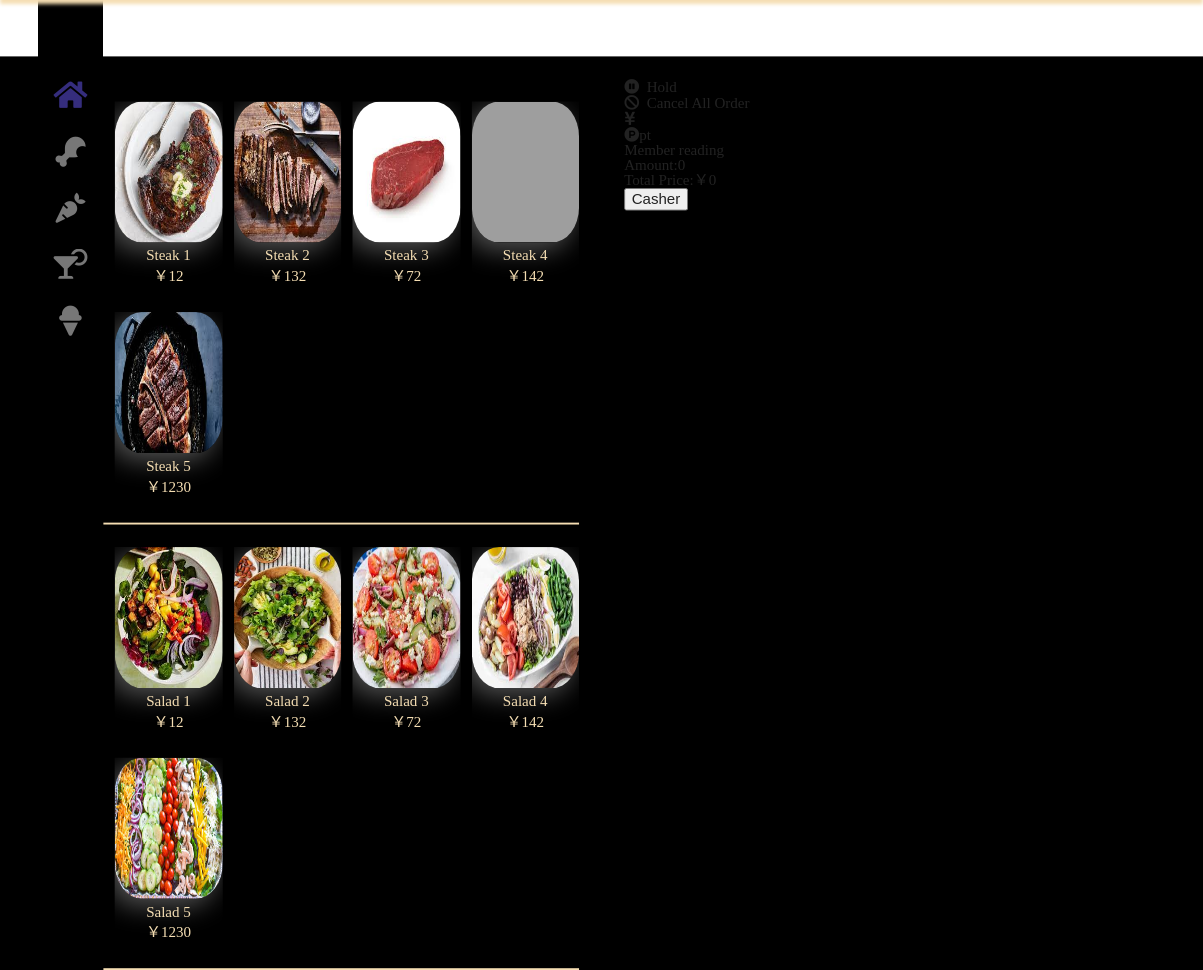
Repository: vuhungson158/Menu
Page: /
These files come from the project's save history. The page is drawn as it stood at one moment and after the next save; the edit follows.
The browser window is 1280 px wide. The pictures show the whole page, at 94% of full size.
Pictures or frames that could not be fetched are drawn as grey boxes. The project was rebuilt for these pictures with package versions that can differ from the ones it lists, and the page was loaded fresh each time. Also part of the build but not shown: src/component/mainMenu/orderBlock/orderContent/OrderedItem.jsx, src/redux-store/actions/HoldActions.jsx, src/component/mainMenu/orderBlock/utilities/HoldItem.jsx.

Above is the page before, as saved 2021-08-22 09:52:13.

### public/index.html
<!DOCTYPE html>
<html lang="en">
  <head>
    <meta charset="utf-8" />
    <link rel="icon" href="%PUBLIC_URL%/favicon.ico" />
    <meta name="viewport" content="width=device-width, initial-scale=1" />
    <meta name="theme-color" content="#000000" />
    <meta
      name="description"
      content="Web site created using create-react-app"
    />
    <link rel="apple-touch-icon" href="%PUBLIC_URL%/logo192.png" />
    <!--
      manifest.json provides metadata used when your web app is installed on a
      user's mobile device or desktop. See https://developers.google.com/web/fundamentals/web-app-manifest/
    -->
    <link rel="manifest" href="%PUBLIC_URL%/manifest.json" />
    <link rel="stylesheet" href="fontawesome-5.15.3-web/css/all.min.css">

    <!--
      Notice the use of %PUBLIC_URL% in the tags above.
      It will be replaced with the URL of the `public` folder during the build.
      Only files inside the `public` folder can be referenced from the HTML.

      Unlike "/favicon.ico" or "favicon.ico", "%PUBLIC_URL%/favicon.ico" will
      work correctly both with client-side routing and a non-root public URL.
      Learn how to configure a non-root public URL by running `npm run build`.
    -->
    <title>Restaurant Menu</title>
  </head>
  <body>
    <noscript>You need to enable JavaScript to run this app.</noscript>
    <div id="root"></div>
    <!--
      This HTML file is a template.
      If you open it directly in the browser, you will see an empty page.

      You can add webfonts, meta tags, or analytics to this file.
      The build step will place the bundled scripts into the <body> tag.

      To begin the development, run `npm start` or `yarn start`.
      To create a production bundle, use `npm run build` or `yarn build`.
    -->
  </body>
</html>

### src/redux-store/index.jsx
import { createStore, applyMiddleware } from "redux";
import { composeWithDevTools } from "redux-devtools-extension";
import thunk from "redux-thunk";
import rootReducer from "./reducers";

const initialState = {};

const middleware = [thunk];

const store = createStore(
    rootReducer,
    initialState,
    composeWithDevTools(applyMiddleware(...middleware))
);

export default store;

### src/component/mainMenu/index.jsx
import React from 'react';
import CenterMenu from './centerMenu';
import OrderBlock from './orderBlock';

const MainMenu = () => {
    return (
        <div id="main-menu">
            <div className="container">
                <div className="grid">
                    <CenterMenu />
                    <OrderBlock />
                </div>
            </div>
        </div >
    )
}

export default MainMenu

### src/component/navbar/index.jsx
import React, { useState } from 'react';
import Clock from './Clock';

const Navbar = () => {

    const nav_height = "-60px"
    const [active, setActive] = useState(false);

    var prevScrollpos = window.pageYOffset;
    window.onscroll = function () {
        var currentScrollPos = window.pageYOffset;
        if (prevScrollpos > currentScrollPos) {
            document.getElementById("navbar").style.top = "0";
        } else {
            document.getElementById("navbar").style.top = nav_height;
        }
        prevScrollpos = currentScrollPos;
    }

    return (
        <nav id="navbar">
            <div className="container">
                <h1>Menu</h1>
                <Clock />
                <div className={`setting-icon ${active ? `active` : ""}`}
                    onClick={() => setActive(!active)} >
                    <span></span>
                    <span></span>
                    <span></span>
                    {
                        active ?
                            <ul className="setting-menu">
                                <li>Language</li>
                                <li>Dark Mode</li>
                                <li>Size</li>
                                <li>...something</li>
                            </ul>
                            : ""
                    }
                </div>

            </div>
        </nav>
    )
}

export default Navbar

### src/styles/App.scss
@import "./_variables";
@import "./mixin";

* {
    box-sizing: border-box;
    font-family: "Fira sans", sans-serif;
}
body {
    font-size: 10px;
}

@media (max-width: $breakpoint_mobile) {
    :root {
        --container_width: 100%;
    }
}
@media (min-width: $breakpoint_mobile) {
    :root {
        --container_width: 720px;
    }
}
@media (min-width: $breakpoint_ipad) {
    :root {
        --container_width: 960px;
    }
}
@media (min-width: $breakpoint_sm_pc) {
    :root {
        --container_width: 1200px;
    }
}
@media (min-width: $breakpoint_pc) {
    :root {
        --container_width: 1800px;
    }
}

.container {
    margin: 0 auto;
    max-width: var(--container_width);
}

#navbar {
    position: fixed;
    height: $navbar_height;
    top: 0;
    left: 0;
    right: 0;
    z-index: $navbar_z-index;
    background-color: $background-color_1st;
    color: $color_1st;
    box-shadow: 0 4px 4px 0 $color_1st;
    transition: 0.5s;

    .container {
        position: relative;
        display: flex;
        align-items: center;
        justify-content: space-between;

        h1 {
            color: $color_1st;
            font-size: 3.6rem;
            font-weight: 900;
            letter-spacing: 2px;
            text-transform: uppercase;
        }

        #clock {
            font-size: 2.4rem;
            font-weight: 600;
        }

        .setting-icon {
            display: block;
            position: relative;
            z-index: 1;
            user-select: none;
            appearance: none;
            border: none;
            outline: none;
            background: none;
            cursor: pointer;

            span {
                display: block;
                position: relative;
                width: 36px;
                height: 4px;
                margin-bottom: 6px;
                background-color: $background-color_2nd;
                border-radius: 10%;
                z-index: 1;
                transform-origin: 0 0;
                transition: 0.5s;
            }

            &:hover span:nth-child(2) {
                background-color: $color_3rd;
            }

            &.active {
                span:nth-child(1) {
                    transform: translate(0px, -2px) rotate(45deg);
                }
                span:nth-child(2) {
                    opacity: 0;
                    transform: translateX(36px);
                }
                span:nth-child(3) {
                    transform: translate(-3px, 3px) rotate(-45deg);
                }
            }
            .setting-menu {
                position: absolute;
                right: 0;
                border: 2px solid $color_2nd;
                border-radius: 5%;
                overflow: hidden;
                padding: 12px;
                background-color: $background-color_1st;
                cursor: auto;
                animation: dropDown 0.2s;

                li {
                    min-width: 120px;
                    cursor: pointer;
                    text-align: center;
                    padding: 12px 8px;
                    font-size: 1.6rem;
                    transition: 0.2s;
                    &:hover {
                        transform: scale(1.2);
                        color: $color_3rd;
                    }
                }
            }
        }
    }
}

#main-menu {
    background-color: $background-color_1st;
    margin-top: $navbar_height;
    min-height: 100vh;
    .container {
        padding-top: 24px;
        .grid {
            --margin_left: 48px;
            display: flex;
            margin-left: calc(-1 * var(--margin_left));
            #center-menu,
            #order-block {
                margin-left: var(--margin_left);
                width: calc(50% - var(--margin_left));
            }
            #center-menu {
                --side-nav_width: 70px;
                #side-nav {
                    position: fixed;
                    top: 0;
                    bottom: 0;
                    width: var(--side-nav_width);
                    background: $background-color_1st;
                    overflow: hidden;
                    transition: width 0.2s;
                    z-index: 1;
                    &:hover {
                        width: 300px;
                    }
                    ul {
                        position: absolute;
                        top: 0;
                        left: 0;
                        width: 100%;
                        padding-left: 5px;
                        top: 10%;
                        li {
                            opacity: 0.5;
                            a {
                                position: relative;
                                display: block;
                                width: 100%;
                                display: flex;
                                text-decoration: none;
                                color: $color_2nd;
                                font-size: 2rem;
                                .icon {
                                    position: relative;
                                    display: block;
                                    min-width: 60px;
                                    height: 60px;
                                    line-height: 60px;
                                    text-align: center;
                                    i {
                                        position: relative;
                                        font-size: 2rem;
                                        z-index: 1;
                                    }
                                }
                                .title {
                                    position: relative;
                                    display: block;
                                    padding-left: 10px;
                                    height: 60px;
                                    line-height: 60px;
                                    white-space: nowrap;
                                }
                            }
                            &.active,
                            &:hover {
                                .icon,
                                .title {
                                    transition: 0.2s;
                                    color: $color_3rd;
                                }
                            }
                        }
                    }
                }
                #menu {
                    margin-left: calc(var(--side-nav_width) + 12px);
                    .page {
                        --spacing: 12px;
                        --columns: 4;
                        display: flex;
                        flex-wrap: wrap;
                        margin-left: calc(-1 * var(--spacing));
                        margin-top: calc(2 * var(--spacing));
                        border-bottom: 2px solid $background-color_2nd;
                        .food-item {
                            overflow: hidden;
                            margin-left: var(--spacing);
                            width: calc(100% / var(--columns) - var(--spacing));
                            display: flex;
                            flex-direction: column;
                            height: 200px;
                            cursor: pointer;
                            margin-bottom: calc(2 * var(--spacing));
                            transition: 0.2s;
                            &:hover .food-img{
                                box-shadow: 7px -7px 28px 0 $background-color_3rd;
                            }
                            .food-img {
                                height: 150px;
                                border-radius: 25%;
                                box-shadow: -7px 7px 28px 0 $box-shadow-color;
                            }
                            .food-name,
                            .food-price {
                                color: $color_1st;
                                text-align: center;
                                margin-top: calc(0.5 * var(--spacing));
                            }
                        }
                    }
                }
            }
        }
    }
}

### src/redux-store/reducers/index.jsx
import { combineReducers } from "redux";
import HoldReducer from "./HoldReducer";
import MenuReducer from "./MenuReducer";
import OrderReducer from "./OrderReducer";

const rootReducer = combineReducers({
    menu: MenuReducer,
    order: OrderReducer,
    hold:HoldReducer
});

export default rootReducer;

### src/component/mainMenu/centerMenu/index.jsx
import React from 'react';
import MenuPage from './MenuPage';
import PropTypes from 'prop-types';
import { connect } from 'react-redux';
import SideBar from './sidebar';

const CenterMenu = ({ foods }) => {
    return (
        <div id="center-menu">
            <SideBar />
            <div id="menu">
                {
                    Object.entries(foods).map(page => (
                        <MenuPage key={page[0]} page={page[1]} />
                    ))
                }
            </div>
        </div >
    )
};

CenterMenu.prototype = {
    foods: PropTypes.array.isRequired,
};

const mapStateToProps = state => ({
    foods: state.menu.foods
});

export default connect(mapStateToProps)(CenterMenu)

### src/component/mainMenu/orderBlock/index.jsx
import React from 'react'
import MemberInfo from './MemberInfo'
import OrderedContent from './orderContent'
import Utilities from './utilities'


const OrderBlock = () => {

    return (
        <div id="order-block" className="d-flex flex-column">
            <Utilities />
            <MemberInfo />
            <OrderedContent />
            <button id="casher-btn" className="btn btn-primary">Casher</button>
        </div>
    )
}

export default OrderBlock

### src/component/navbar/Clock.jsx
import React, { useEffect, useState } from 'react'
import { showTime } from '../../pure-JS/MyTime';

const Clock = () => {

    const [clock, setClock] = useState("")

    useEffect(() => {
        const intervalClock = setInterval(() => setClock(showTime()), 1000);
        return () => clearInterval(intervalClock);
    }, []);

    return (
        <div id="clock">{clock ? clock : showTime()}</div>
    )
}

export default Clock

### src/styles/_variables.scss
:root {
    --spacing: 0;
    --container_width: 0;
    --columns: 0;
}

// Color
$color_1st: wheat;
$color_2nd: #eee;
$color_3rd: #6a5af9;
$color_4th: #3d6ef7;
$color_light: #ededed;
$color_dark: black;

$box-shadow-color: #555;

// Background Color
$background-color_1st: black;
$background-color_2nd: wheat;
$background-color_3rd: #6a5af9;
$background-color_4th: #3D6EF7;;

// z-index
$navbar_z-index: 99;

// Height
$navbar_height: 60px;

// Width
$breakpoint_mobile: 768px;
$breakpoint_ipad: 1024px;
$breakpoint_sm_pc: 1224px;
$breakpoint_pc: 1824px;

### src/styles/_mixin.scss
@keyframes dropDown {
    0% {
        transform: translateY(-100px);
    }
    100% {
        transform: skewY(0);
    }
}

### src/redux-store/reducers/HoldReducer.jsx
import { MAKE_HOLD } from "../actions/TYPE";

var initialState = {
    holder: [{}, {}, {}, {}, {}, {}, {}, {}, {}, {}]
}

const HoldReducer = (state = initialState, action) => {
    const { type, payload } = action;

    switch (type) {
        case MAKE_HOLD:
            if (payload.totalAmount === 0) {
                state.holder[payload.index] = {};
                return state;
            } else {
                state.holder[payload.index] = payload;
                return state;
            }
        default:
            return state;
    }
};

export default HoldReducer;

### src/redux-store/reducers/MenuReducer.jsx
import { SWITCH_BRANCH } from "../actions/TYPE";
import { MenuInitialState } from "./MenuInitialState";

const MenuReducer = (state = MenuInitialState, action) => {
    const { type, payload } = action;

    switch (type) {
        case SWITCH_BRANCH:
            return {
                ...state,
                branchs: state.branchs.map((branch) => {
                    if (branch.id === payload) branch.active = true;
                    else if (branch.active) branch.active = false;
                    return branch;
                })
            };
        default:
            return state;
    }
};

export default MenuReducer;

### src/component/mainMenu/centerMenu/MenuPage.jsx
import React from 'react'
import MenuItem from './MenuItem'

const MenuPage = ({ page }) => {
    return (
        <div className="page">
            {
                page.map((food) => (
                    <MenuItem key={food.id} food={food} />
                ))
            }
        </div>
    )
}

export default MenuPage

### src/component/mainMenu/centerMenu/sidebar/index.jsx
import React from 'react'
import PropTypes from 'prop-types';
import { connect } from 'react-redux';
import { switchBranch } from '../../../../redux-store/actions/MenuActions';

const SideBar = ({branchs, switchBranch}) => {
    return (
        <div id="side-nav" className="side-nav">
            <ul>
                {
                    branchs.map((branch) => (
                        <li key={branch.id} className={branch.active ? "list active" : "list"} >
                            <a href="/#" onClick={() => switchBranch(branch.id)}>
                                <span className="icon"><i className={branch.icon}></i></span>
                                <span className="title">{branch.name}</span>
                            </a>
                        </li>
                    ))
                }
            </ul>
        </div>
    )
}

SideBar.prototype = {
    branchs: PropTypes.array.isRequired,
    switchBranch: PropTypes.func.isRequired
};

const mapStateToProps = state => ({
    branchs: state.menu.branchs
});

export default connect(mapStateToProps, { switchBranch })(SideBar)

### src/component/mainMenu/orderBlock/MemberInfo.jsx
import React from 'react'

const MemberInfo = () => {
    return (
        <div id="member-info">
            <div>
                <i className="fas fa-yen-sign"></i>
                <span></span>
            </div>
            <div>
                <i className="fab fa-product-hunt"></i>
                <span>pt</span>
            </div>
            <div>
                Member reading
            </div>
        </div>
    )
}

export default MemberInfo

### src/component/mainMenu/orderBlock/orderContent/index.jsx
import React from 'react'
import { connect } from 'react-redux';
import PropTypes from 'prop-types';
import OrderedItem from './OrderedItem'

const OrderedContent = ({ orders }) => {

    const totalAmount = orders.reduce((acc, order) => (acc + order.amount), 0);
    const totalPrice = orders.reduce((acc, order) => (acc + order.price * order.amount), 0);

    return (
        <>
            <div id="list">
                <table>
                    {
                        orders.map((order) => (
                            <OrderedItem key={order.id} order={order} />
                        ))
                    }
                </table>
            </div>
            <div id="total">
                <div>
                    Amount:<span>{totalAmount ? totalAmount : 0}</span>
                </div>
                <div>
                    Total Price:<span>￥{totalPrice ? totalPrice : 0}</span>
                </div>
            </div>
        </>
    )
}
OrderedContent.prototype = {
    orders: PropTypes.array.isRequired,
};

const mapStateToProps = state => ({
    orders: state.order.ordered_item,
    totalAmount: state.order.totalAmount,
    totalPrice: state.order.totalPrice
});

export default connect(mapStateToProps)(OrderedContent)

### src/component/mainMenu/centerMenu/MenuItem.jsx
import React from 'react'
import PropTypes from 'prop-types';
import { connect } from 'react-redux';
import { addToOrder } from '../../../redux-store/actions/OrderActions';

const MenuItem = ({ food, addToOrder }) => {

    return (
        <div className="food-item" key={food.id} onClick={() => { addToOrder(food) }}>
            <img className="food-img" src={food.img} alt="" />
            <div className="food-name">{food.name}</div>
            <div className="food-price">￥{food.price}</div>
        </div>
    )
}

MenuItem.prototype = {
    addToOrder: PropTypes.func.isRequired,
};

const mapStateToProps = state => ({
});

export default connect(mapStateToProps, { addToOrder })(MenuItem)

### src/redux-store/actions/MenuActions.jsx
import { SWITCH_BRANCH } from "./TYPE";


export const switchBranch = newID => dispatch => {
    dispatch({
        type: SWITCH_BRANCH,
        payload: newID
    })
};

### src/redux-store/actions/OrderActions.jsx
import { ADD_ORDER, AMOUNT_DOWN, AMOUNT_UP, CHANGE_AMOUNT, CLEAR_ALL, HOLD_TO_ORDER } from "./TYPE";
import { v4 as uuidV4 } from "uuid";

export const addToOrder = item => dispatch => {
    dispatch({
        type: ADD_ORDER,
        payload: { ...item, id: uuidV4(), amount: 1 }
    })
};

export const holdToOrder = orders => dispatch => {
    dispatch({
        type: HOLD_TO_ORDER,
        payload: orders
    })
};

export const changeAmount = (id, amount) => dispatch => {
    dispatch({
        type: CHANGE_AMOUNT,
        payload: { id, amount: parseInt(amount, 10) }
    })
};

export const amountUp = id => dispatch => {
    dispatch({
        type: AMOUNT_UP,
        payload: id
    })
};

export const amountDown = (id, amount) => dispatch => {
    dispatch({
        type: AMOUNT_DOWN,
        payload: { id, amount }
    })
};

export const clearAll = () => dispatch => {
    dispatch({
        type: CLEAR_ALL,
        payload: null
    })
};

Loaded but not shown: src/serviceWorker.js (common file); src/styles/Reset.css (common file); public/fontawesome-5.15.3-web/css/all.min.css (library); src/redux-store/reducers/MenuInitialState.js (124 lines, source omitted); src/index.js (20 lines, source omitted); src/redux-store/actions/TYPE.js (13 lines, source omitted); src/pure-JS/MyTime.js (13 lines, source omitted); src/App.js (16 lines, source omitted); src/redux-store/reducers/OrderReducer.jsx (71 lines, source omitted); src/component/mainMenu/orderBlock/utilities/index.jsx (54 lines, source omitted)

After the next save:
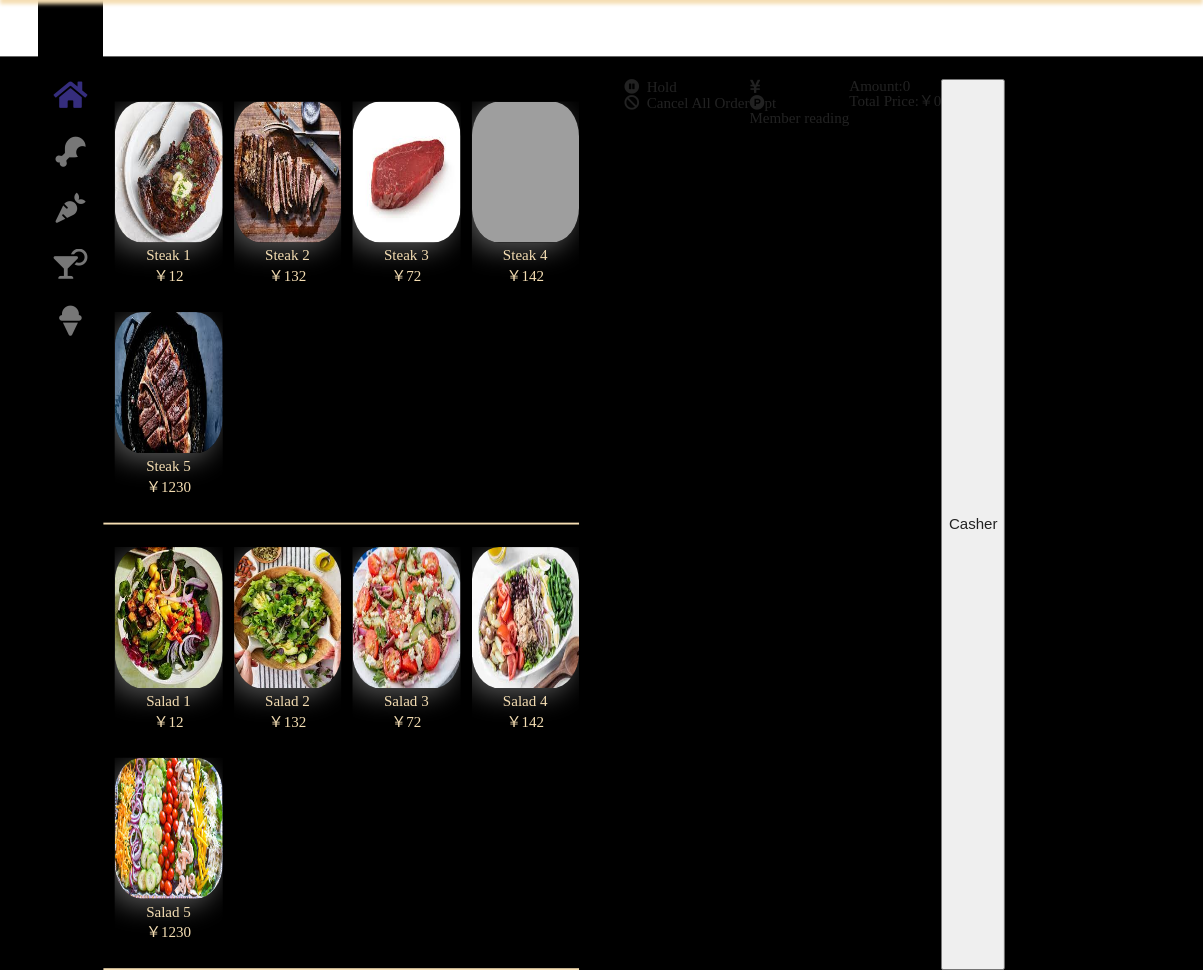
Saved 42 s later.
--- a/src/styles/App.scss
+++ b/src/styles/App.scss
@@ -238,7 +238,7 @@ body {
                             cursor: pointer;
                             margin-bottom: calc(2 * var(--spacing));
                             transition: 0.2s;
-                            &:hover .food-img{
+                            &:hover .food-img {
                                 box-shadow: 7px -7px 28px 0 $background-color_3rd;
                             }
                             .food-img {
@@ -256,6 +256,10 @@ body {
                     }
                 }
             }
-        }
-    }
-}
+            #order-block {
+                display: flex;
+
+            }
+        }
+    }
+}
